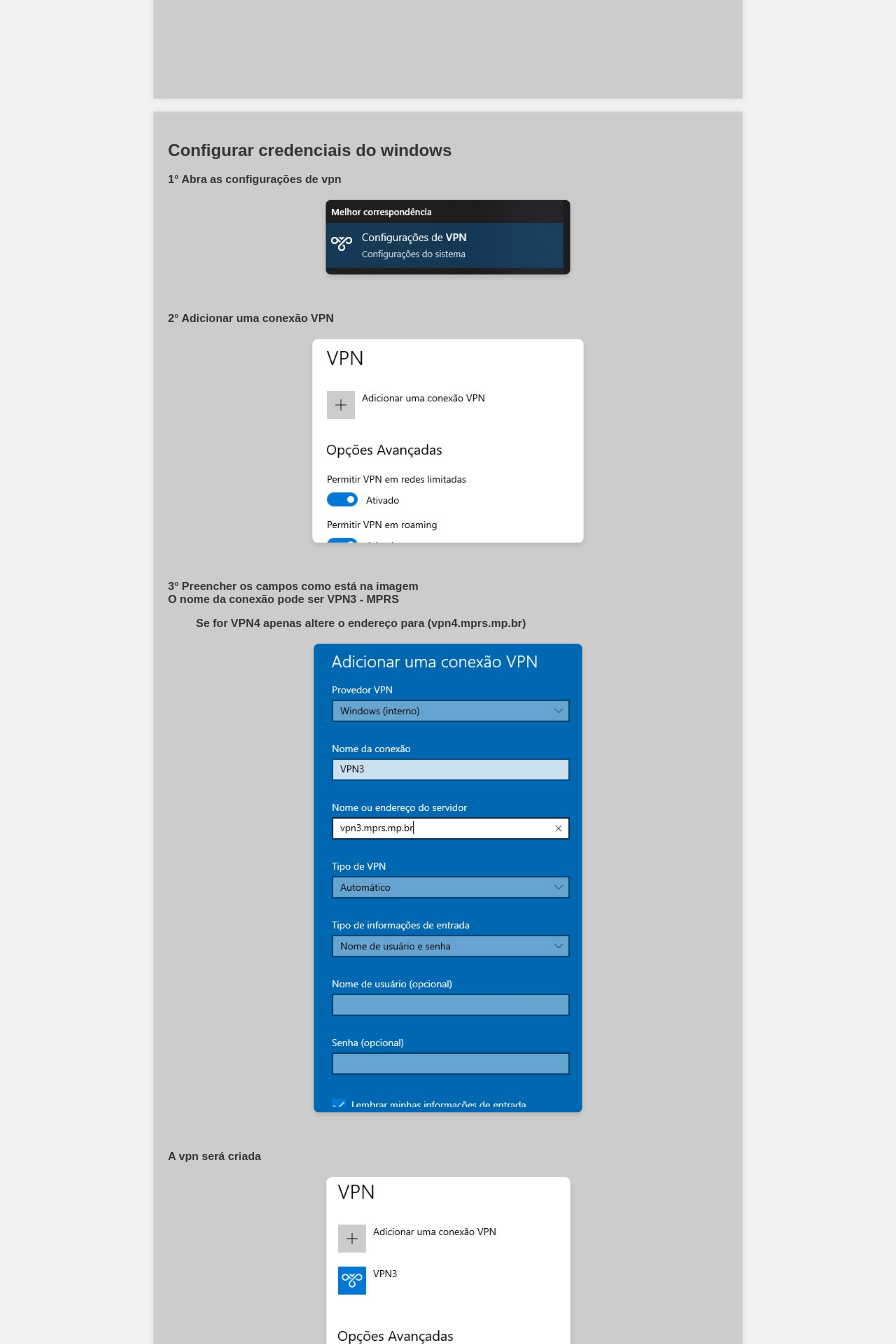
Repository: I4guito/dicasdez
Page: Dicas site/Dicas/configvpn.html
The author's editor kept a copy of each file at every save. The page is drawn from the files as they stood at one save, then again after a run of saves.
The browser window is 1280 px wide. The pictures show the part of the page from y = 1558 to 3478 px (the page is 5505 px tall before and 5561 px after), at 70% of full size.

Above is the page before, as saved 2023-11-29 14:48:30.

### Dicas site/Dicas/configvpn.html
<!DOCTYPE html>
<html lang="pt-br">
<head>
    <meta charset="UTF-8">
    <meta name="viewport" content="width=device-width, initial-scale=1.0">
    <link rel="stylesheet" href="padrao.css">
    <script src="/Dicas site/script.js"></script>
    <title>VPN Install</title>
</head>
<body>
    <div class="container">
        <header>
        <a href="javascript:history.back()" class="voltar-btn">&#8592; Voltar</a>
            <h1>Instalação de VPN's</h1>
            <p>Todos os manuais estão localizados em: <b> I:\Informatica\UAU\Atendimento\Manuais\VPN\MANUAIS NOVOS - ATUALIZADOS -> "Manual de instalação - Edraw e VPN2"

            </p>
        </header>
    </div><br>

    <div class="container">
        <h1>VPN 2 Para Windows 7, 8 e 10 </h1>
        <embed src="/Dicas site/Dicas/Amendoim Imagens/Manual de Instalação - VPN2.pdf" type="application/pdf" width="100%" height="600px" />


    </div><br>

    <div class="container">
        <h1>VPN 2 Para Android </h1>
        <p>Recomendo enviar esse documento por e-mail para o usuário</p>
        <embed src="/Dicas site/Dicas/Amendoim Imagens/VPN2(Android)_Nova.pdf" type="application/pdf" width="100%" height="600px" />


    </div><br>

    <div class="container" onclick="toggleSize(this)">
        <h2>Configurar credenciais do windows</h2>

        <p>1° Abra as configurações de vpn</p>
        <label class="image-zoom">
            <input type="checkbox">

            <img src="/Dicas site/Dicas/vpn images/confvpn.jpeg" alt="Imagem">
        </label><br>
        <p>2° Adicionar uma conexão VPN</p>
        <label class="image-zoom">
            <input type="checkbox">

            <img src="/Dicas site/Dicas/vpn images/vpnint.jpeg" alt="Imagem">
        </label><br>
        <p>3° Preencher os campos como está na imagem
            <br>O nome da conexão pode ser VPN3 - MPRS
            <blockquote>Se for VPN4 apenas altere o endereço para (vpn4.mprs.mp.br)</blockquote>
        </p>
        <label class="image-zoom">
            <input type="checkbox">

            <img src="/Dicas site/Dicas/vpn images/addconexão.jpeg" alt="Imagem">
        </label><br>

        <p>A vpn será criada</p>
        <label class="image-zoom">
            <input type="checkbox">

            <img src="/Dicas site/Dicas/vpn images/vpn3.jpeg" alt="Imagem">
        </label><br>


    </div><br>

    <div class="container" onclick="toggleSize(this)">
        <h2>VPN 3 e 4 para Windows 10 - Criação Manual</h2>

        <p>1° Abra as configurações de vpn</p>
        <label class="image-zoom">
            <input type="checkbox">

            <img src="/Dicas site/Dicas/vpn images/confvpn.jpeg" alt="Imagem">
        </label><br>
        <p>2° Adicionar uma conexão VPN</p>
        <label class="image-zoom">
            <input type="checkbox">

            <img src="/Dicas site/Dicas/vpn images/vpnint.jpeg" alt="Imagem">
        </label><br>
        <p>3° Preencher os campos como está na imagem
            <br>O nome da conexão pode ser VPN3 - MPRS
            <blockquote>Se for VPN4 apenas altere o endereço para (vpn4.mprs.mp.br)</blockquote>
        </p>
        <label class="image-zoom">
            <input type="checkbox">

            <img src="/Dicas site/Dicas/vpn images/addconexão.jpeg" alt="Imagem">
        </label><br>

        <p>A vpn será criada</p>
        <label class="image-zoom">
            <input type="checkbox">

            <img src="/Dicas site/Dicas/vpn images/vpn3.jpeg" alt="Imagem">
        </label><br>


    </div>



    <div class="container">
        <footer>
            <p>&copy; 2023 Apoio ao Usuário. Todos os direitos reservados.</p>
        </footer>
    </div>

    <script>

    </script>
</body>
</html>

### Dicas site/Dicas/padrao.css
body {
    font-family: 'Arial', sans-serif;
    margin: 0;
    padding: 0;
    background-color: #f2f2f2;
    color:#fff
}

.container {
    max-width: 800px;
    margin: 0 auto;
    background-color: #ccc;
    padding: 20px;
    box-shadow: 0 0 10px rgba(0, 0, 0, 0.1);
    border: 1px solid #ddd;
    color: #333;
}

header, section, footer {
    margin-bottom: 20px;
}

header h1, section h2 {
    color: #333;
}

ul {
    list-style: none;
    padding: 0;
}

li {
    margin-bottom: 10px;
}

footer {
    text-align: center;
    color: #777;
}

.voltar-btn {
    position: absolute;
    left: 10px;
    top: 10px;
    text-decoration: none;
    color: #fff;
    font-size: 16px;
    padding: 10px;
    background-color: #555;
    border: none;
    border-radius: 5px;
    cursor: pointer;
    transition: background-color 0.3s;
}

.voltar-btn:hover {
    background-color: #777;
}

img {

    margin-inline: 5cm;
    max-width: 100%;
    border-radius: 3%;
}

.link-instrucoes {
    font-family:cursive;
    width: 50px;
    left: 10px;
    text-decoration: none;
    color: #fff;
    font-size: 25px;
    padding: 3px;
    background-color: #555;
    border: none;
    border-radius: 10px;
    cursor: pointer;
    transition:  background-color 0.3s;
}

.link-instrucoes:hover {
    background-color:#777
}

.step {
    max-width: 800px;
    margin: 0 auto;
    background-color: #333;
    padding: 20px;
    box-shadow: 0 0 10px rgba(0, 0, 0, 0.1);
    border: 1px solid #ddd;
    color: #333;
    margin-bottom: 40px;
    padding: 20px;
    border-radius: 8px;
    box-shadow: 0 4px 8px rgba(0, 0, 0, 0.1);
}



.container img {
    display: block;
    max-width: 35%;
    height: auto;
    display: block;
    margin: 20px auto;
    border-radius: 8px;
    box-shadow: 0 4px 8px rgba(0, 0, 0, 0.1);


}

.image-zoom input[type="checkbox"] {
    display: none;
}

.image-zoom img {
    max-width: 100%;
    height: auto;
    cursor: pointer;
    transition: transform 0.3s ease-in-out;
}

.image-zoom input[type="checkbox"]:checked + img {
    transform: scale(1.5);
}

### Dicas site/script.js
function filterItems() {
    var searchBar = document.getElementById('searchBar');
    var filter = searchBar.value.toUpperCase();

    var columns = document.getElementsByClassName('column');
    for (var i = 0; i < columns.length; i++) {
        var boxes = columns[i].getElementsByClassName('box');
        for (var j = 0; j < boxes.length; j++) {
            var item = boxes[j];
            var textValue = item.textContent || item.innerText;
            if (textValue.toUpperCase().indexOf(filter) > -1) {
                item.style.display = "";
            } else {
                item.style.display = "none";
            }
        }
    }
}

function openPage(pageName) {
    window.location.href = pageName + '.html';
}

const isOpera = navigator.userAgent.indexOf("OPR") > -1;

if (isOpera) {
    document.addEventListener("DOMContentLoaded", function () {
        const containers = document.querySelectorAll(".container");
        containers.forEach(function (container) {
            container.style.backgroundColor = "#005c4b";
            container.style.color = "#333";
        });
    });
}

After the next 3 saves:
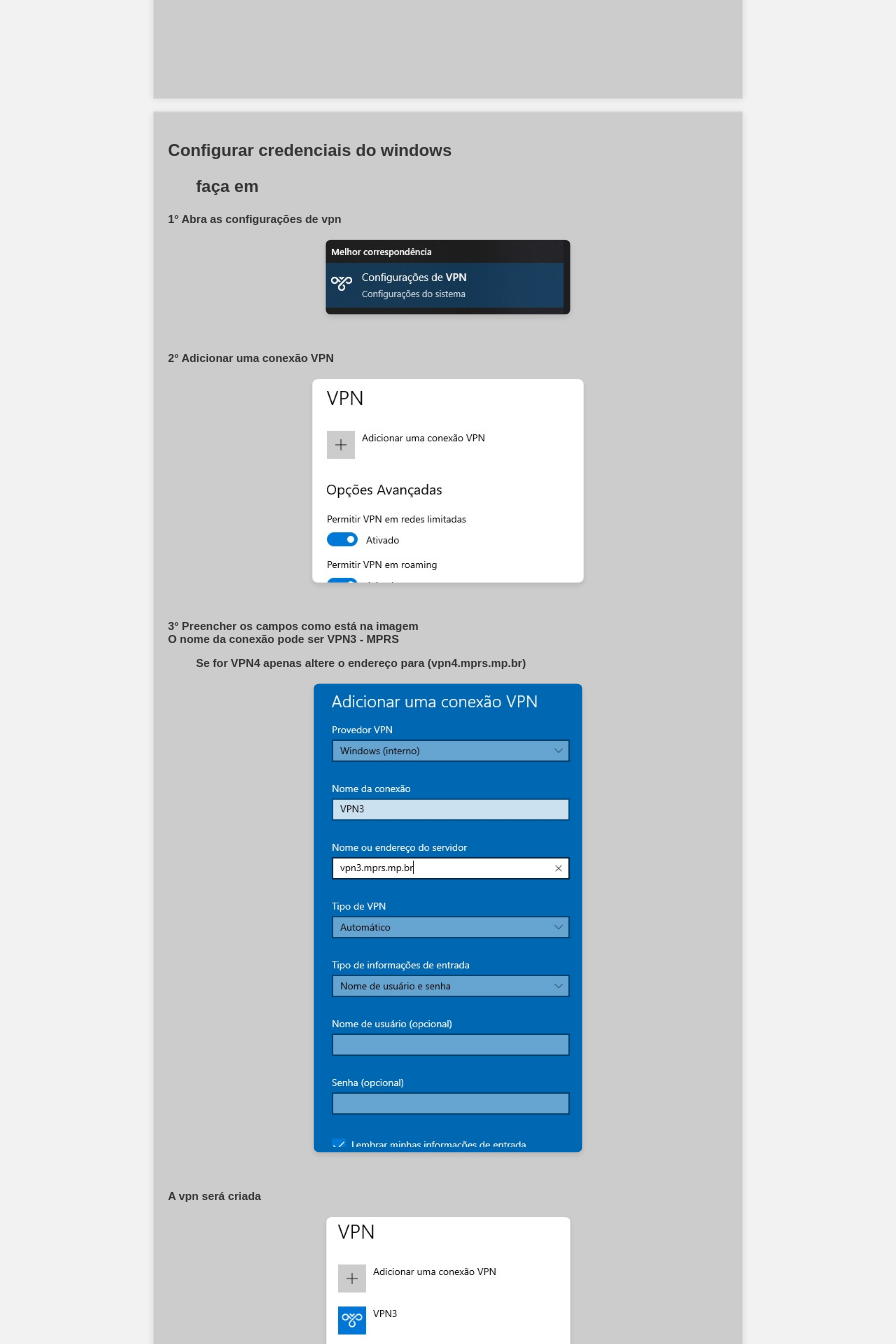
The 3 saves are shown as one change because they came seconds apart.
The last was saved 15 s later.
--- a/Dicas site/Dicas/configvpn.html
+++ b/Dicas site/Dicas/configvpn.html
@@ -34,7 +34,7 @@
     </div><br>
 
     <div class="container" onclick="toggleSize(this)">
-        <h2>Configurar credenciais do windows</h2>
+        <h2>Configurar credenciais do windows <blockquote>faça em</blockquote></h2>
 
         <p>1° Abra as configurações de vpn</p>
         <label class="image-zoom">

After the save that followed:
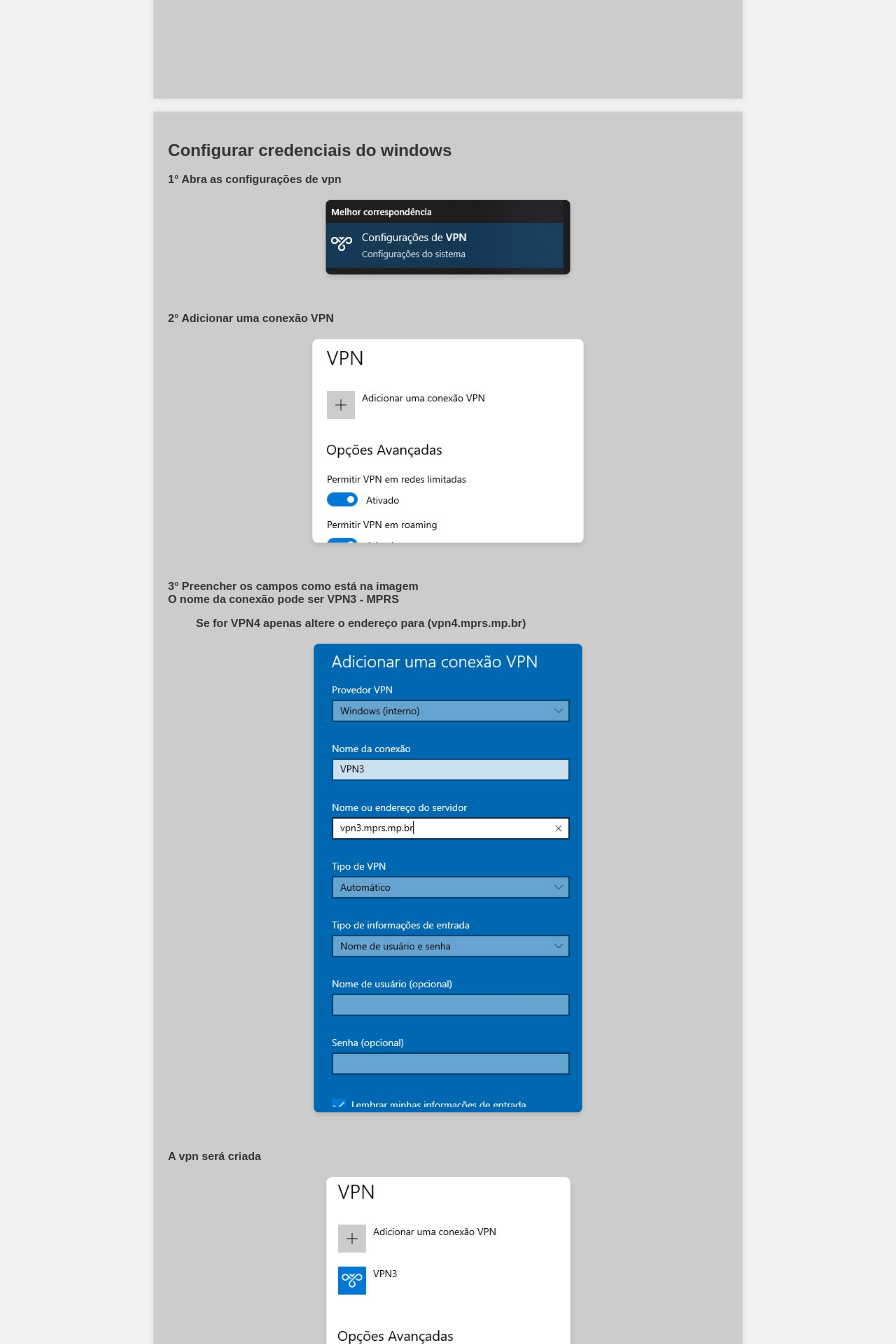
Saved 5 s later.
--- a/Dicas site/Dicas/configvpn.html
+++ b/Dicas site/Dicas/configvpn.html
@@ -34,7 +34,7 @@
     </div><br>
 
     <div class="container" onclick="toggleSize(this)">
-        <h2>Configurar credenciais do windows <blockquote>faça em</blockquote></h2>
+        <h2>Configurar credenciais do windows <blockquo</blockquote></h2>
 
         <p>1° Abra as configurações de vpn</p>
         <label class="image-zoom">
